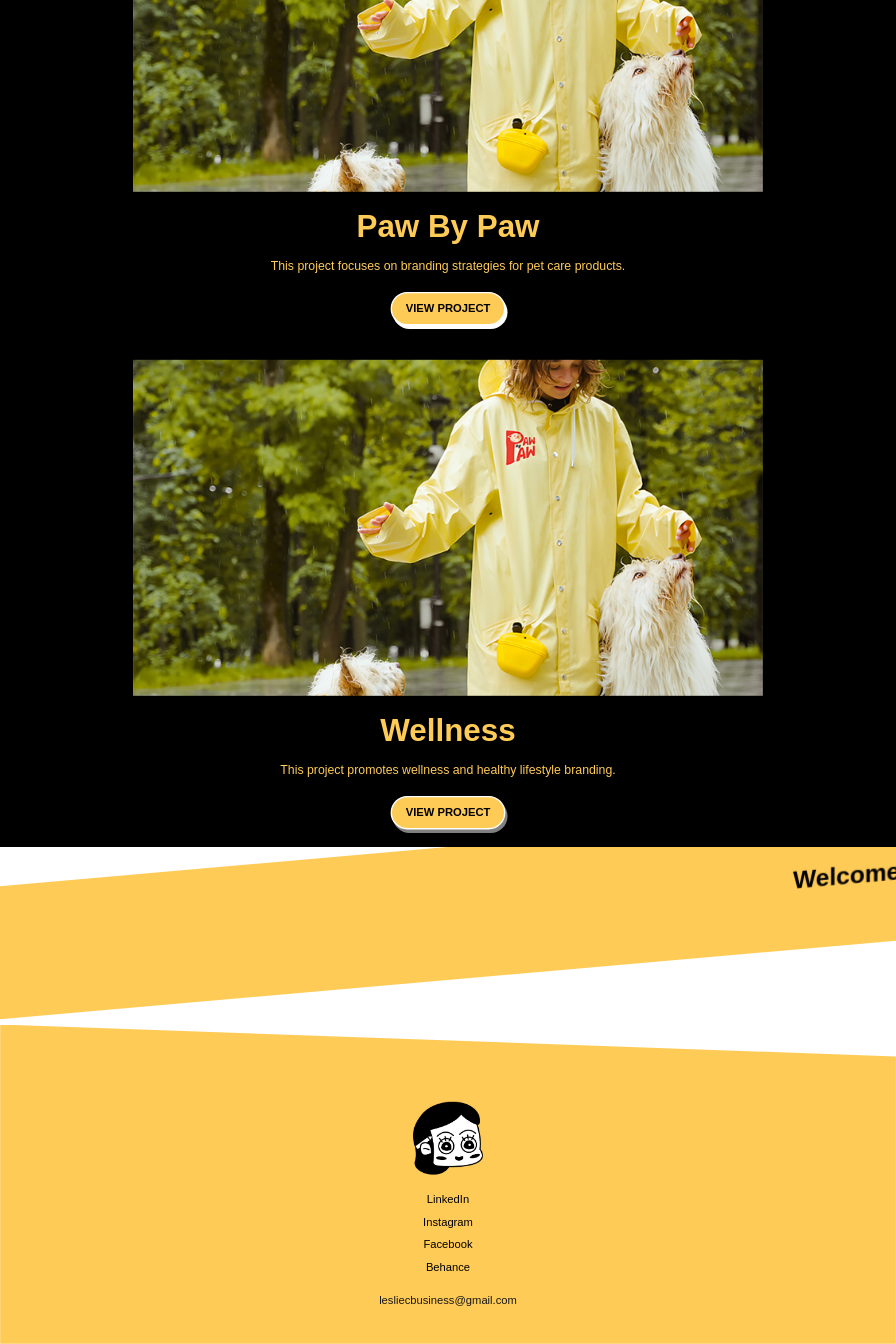
Repository: leslie179/portfolio-new
Page: /
These files come from the project's save history. The page is drawn as it stood at one moment and after the next save; the edit follows.
The browser window is 1280 px wide. The pictures show the part of the page from y = 1080 to 3000 px (the page is 3000 px tall), at 70% of full size.
The project was rebuilt for these pictures with package versions that can differ from the ones it lists, and the page was loaded fresh each time. The framework's server and built-in components were replaced by stand-ins that run in the browser. Also part of the build but not shown: next.config.mjs.

Above is the page before, as saved 2025-01-20 14:49:51.

### pages/index.js
import Head from 'next/head';

import Footer from '@/components/Footer';
import BlockOne from '@/components/BlockOne';
import BlockTwo from '@/components/BlockTwo';
import BlockThree from '@/components/BlockThree';
import Banner from '@/components/Banner';


export default function Home() {
  return (
    <>
      <Head>
        <title>Create Next App</title>
        <meta name="description" content="Generated by create next app" />
        <meta name="viewport" content="width=device-width, initial-scale=1" />
        <link rel="icon" href="/favicon.ico" />
      </Head>
      <main>

        <BlockOne />
        <BlockTwo />
        <BlockThree />
        <Banner />
        <Footer />
      </main> {/* Close the main tag properly */}
    </>
  );
}

### styles/globals.css
@tailwind base;
@tailwind components;
@tailwind utilities;

:root {
  --background: #ffffff;
  --foreground: #171717;
  --yellow: #FFCB57;
}

@media (prefers-color-scheme: dark) {
  :root {
    --background: #0a0a0a;
    --foreground: #ededed;
  }
}

body {
  color: var(--foreground);
  background: var(--background);
  font-family: Arial, Helvetica, sans-serif;
}

### components/Footer/index.js
import React from 'react';
import styles from './Footer.module.css';

const Footer = () => {
    return (
        <div className={styles.Footer}>
            <div className={styles.banner}>
                <div className={styles.bannerContent}>
                    <span>Your Moving Banner Text Goes Here</span>
                </div>
            </div>
            <div className={styles.container}>
                <div className={styles.imgColumn}>
                    <img src="/site-photos/site-main-logo.png" alt="Site Logo" />
                </div>
                <div className={styles.column}>
                    <div className={styles.links}>
                        <a href="https://www.linkedin.com/in/leslie--chan/">LinkedIn</a>
                        <a href="https://www.instagram.com/glassslipperstudio_/">Instagram</a>
                        <a href="https://www.facebook.com/saveyoursanitydesings/">Facebook</a>
                        <a href="https://www.behance.net/lesliechan19">Behance</a>
                    </div>
                </div>
                <div className={styles.column}>
                    <a href="mailto:lesliecbusiness@gmail.com">lesliecbusiness@gmail.com</a>
                </div>
            </div>
        </div>
    );
};

export default Footer;

### components/BlockOne/index.js
import React from 'react';
import styles from './BlockOne.module.css'; // Specific styles for this block

const BlockOne = () => {
    return (
        <div className={styles.stickyBlock}>
            <div className={styles.spacer}></div>  {/* Invisible spacer */}
            <h1 className={styles.h1}>Projects</h1>
            <img src="/site-photos/Candl1.png" alt="Candl Branding" />
            <h2 className={styles.h2}>Candl</h2>
            <p className={styles.pp}>This project is about innovating candle design and marketing strategies.</p>
            <button className={styles.button}>VIEW PROJECT</button>
        </div>
    );
};


export default BlockOne;

### components/BlockTwo/index.js
import React from 'react';
import styles from './BlockTwo.module.css';

const BlockTwo = () => {
    return (
        <div className={styles.stickyBlock}>
            <img src="/site-photos/pawpaw.png" alt="Paw By Paw Branding" />
            <h2 className={styles.h2}>Paw By Paw</h2>
            <p className={styles.pp}>This project focuses on branding strategies for pet care products.</p>
            <button className={styles.button}>VIEW PROJECT</button>
        </div>
    );
};

export default BlockTwo;

### components/BlockThree/index.js
import React from 'react';
import styles from './BlockThree.module.css';

const BlockThree = () => {
    return (
        <div className={styles.stickyBlock}>
            <img src="/site-photos/pawpaw.png" alt="Paw By Paw Branding" />
            <h2 className={styles.h2}>Wellness</h2>
            <p className={styles.pp}>This project promotes wellness and healthy lifestyle branding.</p>
            <button className={styles.button}>VIEW PROJECT</button>

        </div>
    );
};

export default BlockThree;

### components/Banner/index.js
import styles from './Banner.module.css';

export default function Banner() {
  return (
    <div className={styles.bannerContainer}>
      <div className={styles.banner}>
        <span className={styles.bannerItem}>Welcome to my site!</span>
        <span className={styles.bannerItem}>🖤</span>
        <span className={styles.bannerItem}>Check out my portfolio!</span>
        <span className={styles.bannerItem}>🖤</span>
        <span className={styles.bannerItem}>Contact me for work opportunities!</span>
        <span className={styles.bannerItem}>🖤</span>


        <span className={styles.bannerItem}>Welcome to my site!</span>
        <span className={styles.bannerItem}>🖤</span>
        <span className={styles.bannerItem}>Check out my portfolio!</span>
        <span className={styles.bannerItem}>🖤</span>
        <span className={styles.bannerItem}>Contact me for work opportunities!</span>
        <span className={styles.bannerItem}>🖤</span>
      </div>
    </div>
  );
}

### components/Footer/Footer.module.css
.Footer {
    position: relative;
    z-index: 10;
    background-color: var(--yellow);
    padding: 50px 20px;
    text-align: center;
    clip-path: polygon(0 0, 100% 10%, 100% 100%, 0 100%);
    margin-top: 4rem;
    overflow-x: hidden;
}

.banner {
    position: absolute;
    top: -50px; /* Adjust as needed */
    width: 100%;
    height: 50px;
    overflow: hidden; /* Keeps the text within the banner */
    background-color: black;
    z-index: 11;
}

.bannerContent {
    display: inline-block;
    white-space: nowrap; /* Prevents line breaks */
    animation: scrollText 10s linear infinite; /* Apply scrolling animation */
    background-color: transparent; /* Ensure no background obscures the text */
    color: white;
    font-size: 1.5rem;
    font-weight: bold;
    visibility: visible;
    z-index: 11; /* Ensure it's visible */
}

.bannerContent span {
    font-size: 2rem; /* Large font size for visibility */
    font-weight: bold;
    z-index: 11;
}


/* Scrolling animation */
@keyframes scrollText {
    0% {
        transform: translateX(100%); /* Start off-screen to the right */
    }
    100% {
        transform: translateX(-100%); /* End off-screen to the left */
    }
}
.container {
    position: relative;
    display: flex;
    flex-direction: column;
    align-items: center;
    gap: 1rem;
    padding-top: 60px;
}

.imgColumn img {
    width: 100px;
    height: auto;
}

.column {
    text-align: center;
}

.links a {
    display: block;
    margin: 0.5rem 0;
    color: black;
    text-decoration: none;
}

.links a:hover {
    color: #007bff;
}

### components/BlockOne/BlockOne.module.css
.stickyBlock {
    position: sticky;
    top: 0;
    z-index: 1;
    background: black;
    height: 118vh;
    display: flex;
    flex-direction: column;
    align-items: center;

    text-align: center;
    padding: 0 5%;
    padding-bottom: 15%;
}

.spacer {

    height: 10%; /* Adjust the height to control the space */
}

.h1{
    color: var(--yellow); /* Ensure your --yellow variable is defined */
    font-family: 'NickySans', Arial, Helvetica, sans-serif;
    font-weight: 900; /* Bold weight */
    font-size: 2.8rem; /* Increase font size */
    justify-content: center;
    text-align: center;
    margin-bottom: 4%;
}

/* Heading (h2) style */
.h2 {
     color: var(--yellow); /* Ensure your --yellow variable is defined */
    font-family: 'NickySans', Arial, Helvetica, sans-serif;
    font-weight: 900;
    font-size: 2.8rem;
    margin-bottom: 0.5rem; /* Reduced bottom margin */
    text-align: center;
}

.button {
    background-color: var(--yellow); /* Adjust the color to match your design */
    color: black; /* Text color */
    border: none; /* No border */
    padding: 10px 20px; /* Padding inside the button */
    font-size: 1rem; /* Text size */
    border-radius: 30px; /* Rounded corners */
    cursor: pointer; /* Cursor changes to pointer on hover */
    text-transform: uppercase; /* Uppercase text */
    font-weight: bold; /* Bold text */

    /* White Shadow effect */
    box-shadow: 3px 5px 0px rgba(255, 255, 255, 3); /* Horizontal offset, vertical offset, blur radius, and white color with 50% opacity */
    border: 2px solid white;
    /* Smooth transition for hover effects */
    transition: box-shadow 0.3s ease-in-out, transform 0.3s ease-in-out;

}

.button:hover {
    /* More pronounced white shadow on hover */
    transform: rotate(-7deg);
    color: #1580fb;
}

/* Paragraph (p) style */
.pp {
    color: var(--yellow); /* Ensure your --yellow variable is defined */
    font-family: 'NickySans', Arial, Helvetica, sans-serif;
    font-weight: 400; /* Normal font weight */
    font-size: 1.1rem; /* Increase font size */
    margin-bottom: 1.5rem;
    max-width: 70%; /* Limit text width for better readability */
    line-height: 1.6; /* Improve text readability */
}

/* Styling for Images */
.stickyBlock img {
    width: 80%; /* Increase image size for full-screen displays */
    height: auto; /* Maintain aspect ratio */
    max-width: 900px; /* Limit max width for very large screens */
    margin-bottom: 1rem;
}

/* Responsive Design for Tablets */
@media (max-width: 768px) {
    .stickyBlock {
        height: 120vh; /* Slightly smaller height on tablets */
        padding: 0 3%; /* Reduce padding */
    }

    .stickyBlock img {
        width: 90%; /* Adjust image size for smaller screens */
    }

    .h2 {
        font-size: 2rem; /* Reduce font size for headings */
    }

    .pp {
        font-size: 1.3rem; /* Reduce font size for paragraphs */
        max-width: 90%; /* Adjust text width */
    }
}

/* Responsive Design for Mobile Devices */
@media (max-width: 480px) {
    .stickyBlock {
        height: 120vh; /* Further reduce height for mobile screens */
        padding: 0 2%; /* Reduce padding */
    }

    .stickyBlock img {
        width: 100%; /* Full width for images on mobile */
    }

    .h2 {
        font-size: 2rem; /* Reduce font size for headings */
    }

    .pp {
        font-size: 1rem; /* Smaller font size for paragraphs */
        max-width: 100%; /* Allow full-width text */
    }
}

### components/BlockTwo/BlockTwo.module.css
.stickyBlock {
    position: sticky;
    top: 0; /* Sticks to the top of the viewport */
    z-index: 2; /* Ensure it appears below the next block */
    background: black;
    height: 100vh; /* Full viewport height for consistency */
    display: flex;
    flex-direction: column;
    align-items: center; /* Horizontal centering */
    justify-content: center; /* Vertical centering */
    text-align: center;
    padding: 0 5%; /* Adjust padding for better spacing */
}

/* Heading (h2) style */
.h2 {
    color: var(--yellow); /* Ensure your --yellow variable is defined */
    font-family: 'NickySans', Arial, Helvetica, sans-serif;
    font-weight: 900;
    font-size: 2.8rem;
    margin-bottom: 0.5rem; /* Reduced bottom margin */
    text-align: center;
}

/* Paragraph (p) style */
.pp {
    color: var(--yellow); /* Ensure your --yellow variable is defined */
    font-family: 'NickySans', Arial, Helvetica, sans-serif;
    font-weight: 400; /* Normal font weight */
    font-size: 1.1rem; /* Increase font size */
    margin-bottom: 1.5rem;
    max-width: 70%; /* Limit text width for better readability */
    line-height: 1.6; /* Improve text readability */
}

/* Styling for Images */
.stickyBlock img {
    width: 80%; /* Increase image size for full-screen displays */
    height: auto; /* Maintain aspect ratio */
    max-width: 900px; /* Limit max width for very large screens */
    margin-bottom: 1rem;
}

.button {
    background-color: var(--yellow); /* Adjust the color to match your design */
    color: black; /* Text color */
    border: none; /* No border */
    padding: 10px 20px; /* Padding inside the button */
    font-size: 1rem; /* Text size */
    border-radius: 30px; /* Rounded corners */
    cursor: pointer; /* Cursor changes to pointer on hover */
    text-transform: uppercase; /* Uppercase text */
    font-weight: bold; /* Bold text */

    /* White Shadow effect */
    box-shadow: 3px 5px 0px rgba(255, 255, 255, 3); /* Horizontal offset, vertical offset, blur radius, and white color with 50% opacity */
    border: 2px solid white;
    /* Smooth transition for hover effects */
    transition: box-shadow 0.3s ease-in-out, transform 0.3s ease-in-out;

}

.button:hover {
    /* More pronounced white shadow on hover */
    transform: rotate(-7deg);
    color: #1580fb;
}


/* Responsive Design for Tablets */
@media (max-width: 768px) {
    .stickyBlock {
        height: 90vh; /* Slightly smaller height on tablets */
        padding: 0 3%; /* Reduce padding */
    }

    .stickyBlock img {
        width: 90%; /* Adjust image size for smaller screens */
    }

    .h2 {
        font-size: 2.5rem; /* Reduce font size for headings */
    }

    .pp {
        font-size: 1.3rem; /* Reduce font size for paragraphs */
        max-width: 90%; /* Adjust text width */
    }
}

/* Responsive Design for Mobile Devices */
@media (max-width: 480px) {
    .stickyBlock {
        height: 80vh; /* Further reduce height for mobile screens */
        padding: 0 2%; /* Reduce padding */
    }

    .stickyBlock img {
        width: 100%; /* Full width for images on mobile */
    }

    .h2 {
        font-size: 2rem; /* Smaller font size for headings */
    }

    .pp {
        font-size: 1rem; /* Smaller font size for paragraphs */
        max-width: 100%; /* Allow full-width text */
    }
}

### components/BlockThree/BlockThree.module.css


.stickyBlock {
    display: flex;
    flex-direction: column;
    align-items: center;
    justify-content: center;
    text-align: center;
    position: sticky;
    top: 0;
    z-index: 3;
    height: 100vh;
    background: black;
    padding: 20px;
    overflow: hidden;  /* Prevents accidental overflow */
}

.h2 {
    color: var(--yellow);
    font-family: 'NickySans', Arial, Helvetica, sans-serif;
    font-weight: 900;
    font-size: 2.8rem;
    margin-bottom: 0.5rem;
    text-align: center;
}

.pp {
    color: var(--yellow);
    font-family: 'NickySans', Arial, Helvetica, sans-serif;
    font-weight: 400;
    font-size: 1.1rem;
    margin-bottom: 1.5rem;
    max-width: 70%; /* Limits text width for better readability */
    line-height: 1.6;
}

.stickyBlock img {
    width: 80%; /* Adjusted to scale based on its container */
    height: auto;
    max-width: 900px;
    margin-bottom: 1rem;
    object-fit: cover;  /* Ensures the image covers the area it's supposed to */
}

.button {
    background-color: var(--yellow);
    color: black;
    border: none;
    padding: 10px 20px;
    font-size: 1rem;
    border-radius: 30px;
    cursor: pointer;
    text-transform: uppercase;
    font-weight: bold;
    box-shadow: 3px 5px 0px rgba(255, 255, 255, 0.5);
    border: 2px solid white;
    transition: all 0.3s ease-in-out;
}

.button:hover {
    transform: scale(1.05) rotate(-7deg);
    color: #1580fb;  /* Bright blue for visual feedback */
    box-shadow: 5px 7px 0px rgba(255, 255, 255, 0.7);
}

/* Responsive Design for Tablets */
@media (max-width: 768px) {
    .stickyBlock {
        height: 90vh;
        padding: 0 3%;
    }

    .stickyBlock img {
        width: 90%;
    }

    .h2 {
        font-size: 2.5rem;
    }

    .pp {
        font-size: 1.3rem;
        max-width: 90%;
    }
}

/* Responsive Design for Mobile Devices */
@media (max-width: 480px) {
    .stickyBlock {
        height: 80vh;
        padding: 0 2%;
    }

    .stickyBlock img {
        width: 100%;
    }

    .h2 {
        font-size: 2rem;
    }

    .pp {
        font-size: 1rem;
        max-width: 100%;
    }
}

### components/Banner/Banner.module.css
.bannerContainer {
  width: 100%;
  overflow: hidden;
  background-color: var(--yellow);
  display: flex;
  padding-top: 5%;
  height: 190px;
  top: 0;
  z-index: 20;
  transform: skewY(-5deg);
}


@media (max-width: 768px) {
.bannerContainer {
  padding-bottom: 200px;
}
}


@media (max-width: 480px) {
.bannerContainer {
  padding-bottom: 260px;
}
}

.banner {
  display: flex;
  animation: scroll 20s linear infinite;
  white-space: nowrap;
  transform: skewY(5deg);
}

.bannerItem {
  font-size: 35px;
  font-weight: bold;
  color: #000;
  font-family: 'NickySans', Arial, Helvetica, sans-serif;
  white-space: nowrap;
}

@keyframes scroll {
  from {
    transform: translateX(100%);
  }
  to {
    transform: translateX(-100%);
  }
}

Loaded but not shown: pages/_app.js (common file); pages/_document.js (common file); tailwind.config.mjs (common file)

After the next save:
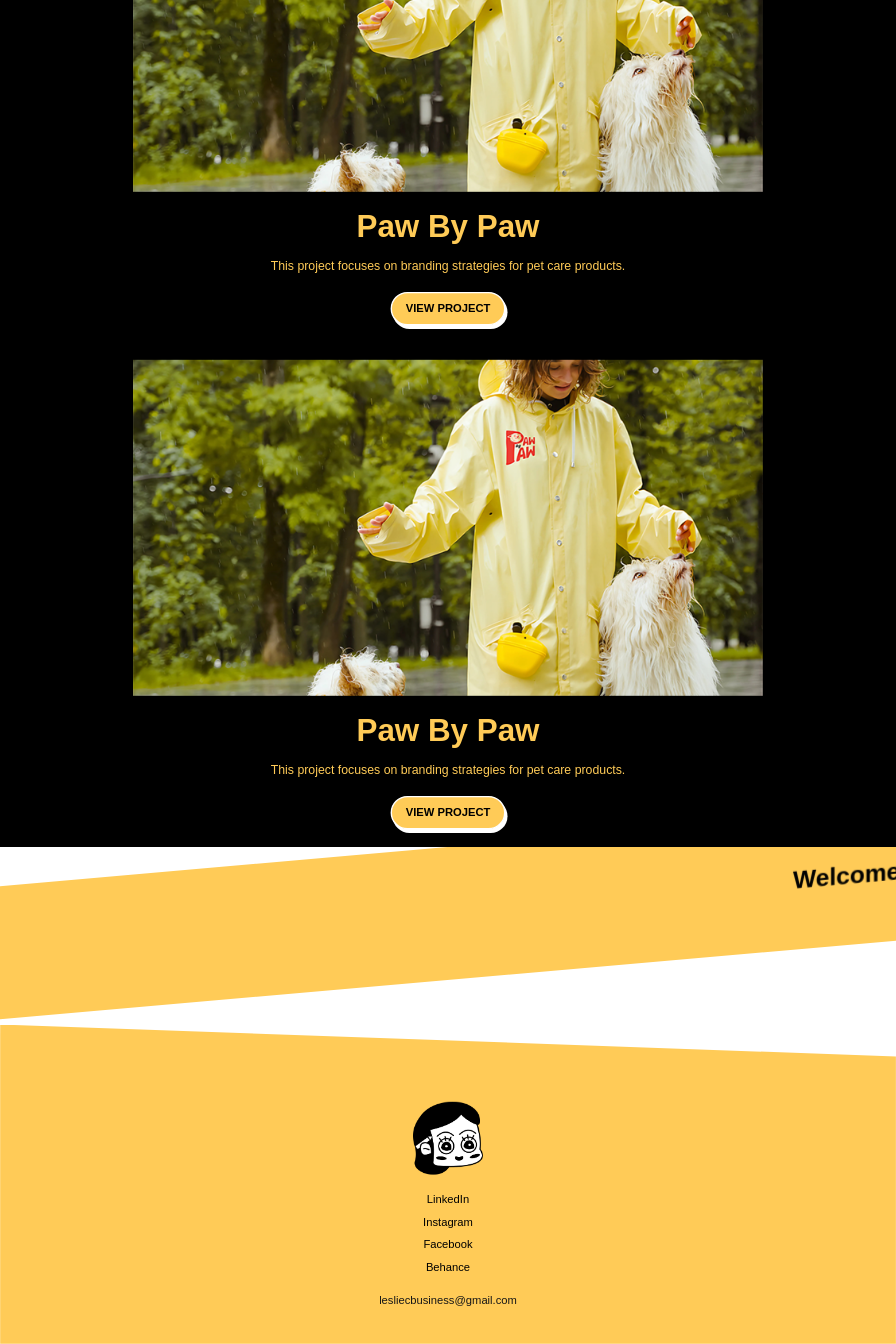
Saved 10 s later.
--- a/components/BlockThree/index.js
+++ b/components/BlockThree/index.js
@@ -1,16 +1,15 @@
 import React from 'react';
-import styles from './BlockThree.module.css';
+import styles from './BlockTwo.module.css';
 
-const BlockThree = () => {
+const BlockTwo = () => {
     return (
         <div className={styles.stickyBlock}>
             <img src="/site-photos/pawpaw.png" alt="Paw By Paw Branding" />
-            <h2 className={styles.h2}>Wellness</h2>
-            <p className={styles.pp}>This project promotes wellness and healthy lifestyle branding.</p>
+            <h2 className={styles.h2}>Paw By Paw</h2>
+            <p className={styles.pp}>This project focuses on branding strategies for pet care products.</p>
             <button className={styles.button}>VIEW PROJECT</button>
-
         </div>
     );
 };
 
-export default BlockThree;
+export default BlockTwo;
